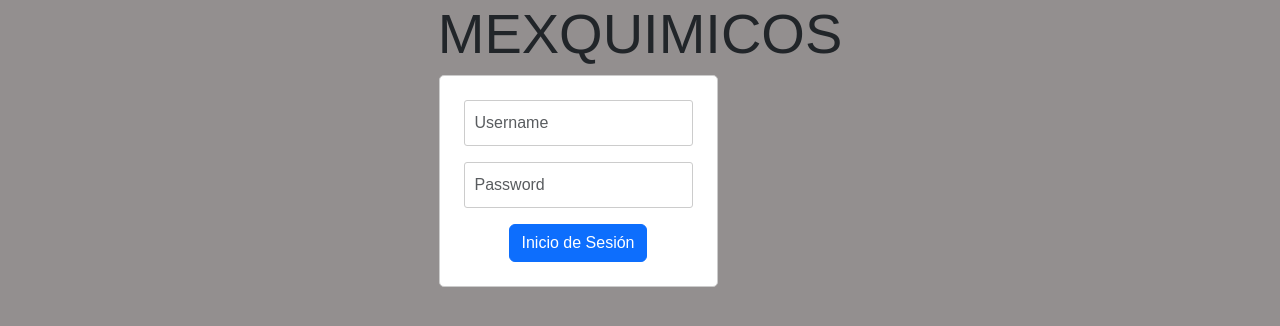
Repository: iDiv3r/MexiQuimicosIsay
Page: Index.html
The author's editor kept a copy of each file at every save. The page is drawn from the files as they stood at one save, then again after the next save.
The browser window is 1280 px wide. The pictures show the whole page.

Above is the page before, as saved 2023-11-25 00:16:19.

### Index.html
<!DOCTYPE html>
<html lang="es">
<head>
  <meta charset="UTF-8">
  <title>MEXIQUIMICO</title>
  <link rel="stylesheet" href="https://cdn.jsdelivr.net/npm/bootstrap@5.3.0/dist/css/bootstrap.min.css">
  <style>
    body {
      background-color: #6f6a6abe;
      font-family: Arial, sans-serif;
    }

    h1 {
      text-align: center;
      color: #a98c8c;
    }

    form {
      max-width: 300px;
      margin: 0 auto;
      padding: 20px;
      background-color: #fff;
      border: 1px solid #ccc;
      border-radius: 5px;
    }

    input[type="text"],
    input[type="password"] {
      width: 100%;
      padding: 10px;
      margin-bottom: 10px;
      border: 1px solid #ccc;
      border-radius: 3px;
    }

    input[type="submit"] {
      width: 100%;
      padding: 10px;
      background-color: #333;
      color: #fff;
      border: none;
      border-radius: 3px;
      cursor: pointer;
    }

    input[type="submit"]:hover {
      background-color: #555;
    }
  </style> <!-- Aquí se corrigió el cierre del bloque de estilos -->
</head>
<body>
  <h1 class="display-4 text-align-absolute text-dark">MEXQUIMICOS</h1>

  <div class="container text-center justify-content-md-center mx-2">
    <div class="row justify-content-md-center">
      <div class="col-md-auto fixed">
  <form class="p-4">
    <div class="mb-3">
      <input type="text" class="form-control" placeholder="Username" required>
    </div>
    <div class="mb-3">
      <input type="password" class="form-control" placeholder="Password" required>
    </div>
    <button type="submit" class="btn btn-primary">Inicio de Sesión</button>
  </form></div></div>
</div>
</body>
</html>

After the next save:
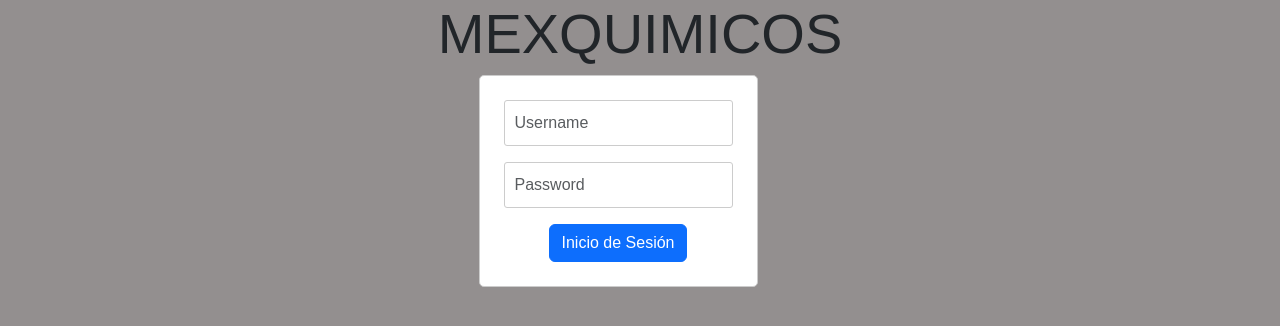
Saved 4 s later.
--- a/Index.html
+++ b/Index.html
@@ -51,7 +51,7 @@
 <body>
   <h1 class="display-4 text-align-absolute text-dark">MEXQUIMICOS</h1>
 
-  <div class="container text-center justify-content-md-center mx-2">
+  <div class="container text-center justify-content-md-center mx-5">
     <div class="row justify-content-md-center">
       <div class="col-md-auto fixed">
   <form class="p-4">
